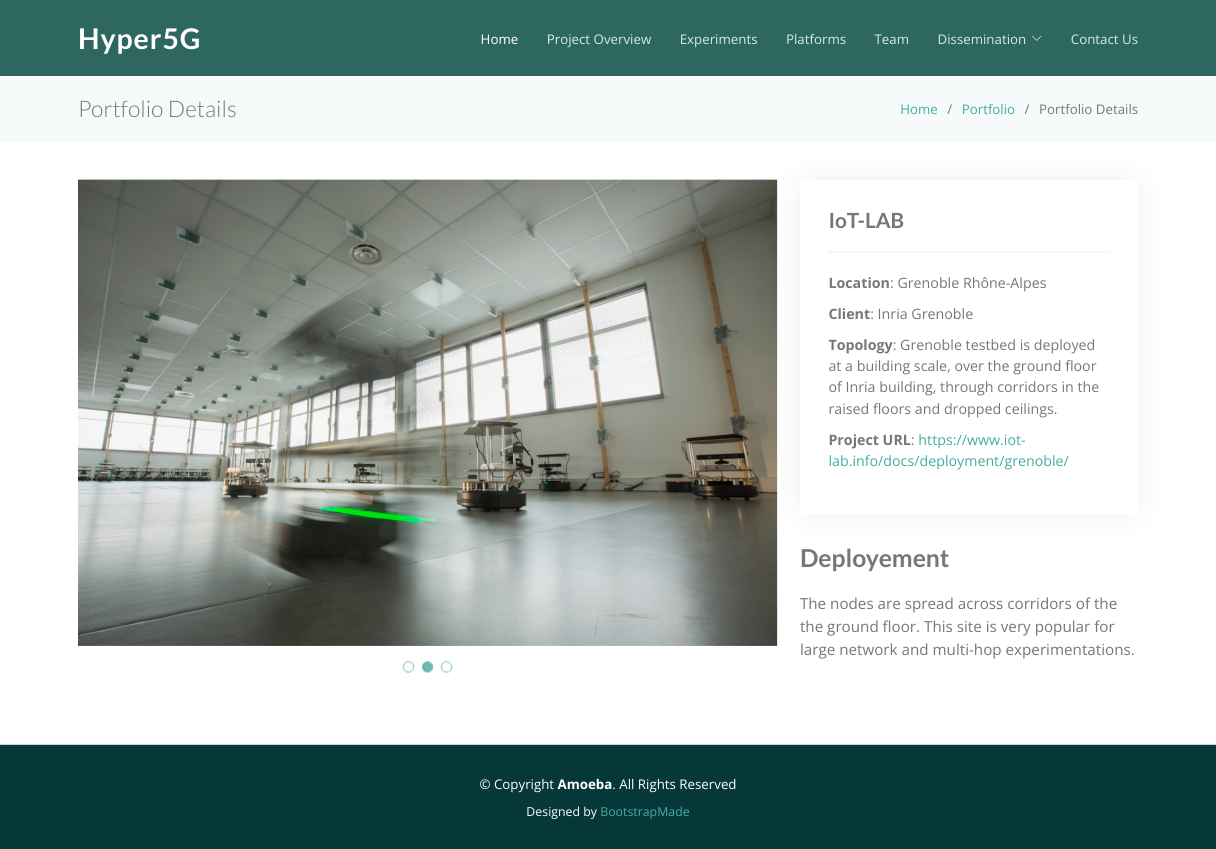
Repository: hakiri/Hyper5G
Page: portfolio-details.html
An editor plug-in stored every save of this project. The page is shown before and after the next save, followed by the edit.
The browser window is 1280 px wide. The pictures show the whole page, at 95% of full size.

Above is the page before, as saved 2022-07-23 15:29:51.

### portfolio-details.html
<!DOCTYPE html>
<html lang="en">

<head>
    <meta charset="utf-8">
    <meta content="width=device-width, initial-scale=1.0" name="viewport">

    <title>Hyper5G</title>
    <meta content="" name="description">
    <meta content="" name="keywords">

    <!-- Favicons -->
    <link href="assets/img/favicon.png" rel="icon">
    <link href="assets/img/apple-touch-icon.png" rel="apple-touch-icon">

    <!-- Google Fonts -->
    <link href="https://fonts.googleapis.com/css?family=Open+Sans:300,300i,400,400i,600,600i,700,700i|Lato:400,300,700,900" rel="stylesheet">

    <!-- Vendor CSS Files -->
    <link href="assets/vendor/bootstrap/css/bootstrap.min.css" rel="stylesheet">
    <link href="assets/vendor/bootstrap-icons/bootstrap-icons.css" rel="stylesheet">
    <link href="assets/vendor/glightbox/css/glightbox.min.css" rel="stylesheet">
    <link href="assets/vendor/swiper/swiper-bundle.min.css" rel="stylesheet">

    <!-- Template Main CSS File -->
    <link href="assets/css/style.css" rel="stylesheet">

    <!-- =======================================================
  * Template Name: Amoeba - v4.7.0
  * Template URL: https://bootstrapmade.com/free-one-page-bootstrap-template-amoeba/
  * Author: BootstrapMade.com
  * License: https://bootstrapmade.com/license/
  ======================================================== -->
</head>

<body>

    <!-- ======= Header ======= -->
    <header id="header" class="fixed-top d-flex align-items-center">
        <div class="container d-flex align-items-center">

            <div class="logo me-auto">
                <h1><a href="index.html">Hyper5G</a></h1>
                <!-- Uncomment below if you prefer to use an image logo -->
                <!-- <a href="index.html"><img src="assets/img/logo.png" alt="" class="img-fluid"></a>-->
            </div>

            <nav id="navbar" class="navbar">
                <ul>
                    <li><a class="nav-link scrollto active" href="#hero">Home</a></li>
                    <li><a class="nav-link scrollto" href="#about">Project Overview</a></li>
                    <li><a class="nav-link scrollto" href="#services">Experiments</a></li>
                    <li><a class="nav-link scrollto" href="#portfolio">Platforms</a></li>
                    <li><a class="nav-link scrollto" href="#team">Team</a></li>
                    <li class="dropdown"><a href="#"><span>Dissemination</span> <i class="bi bi-chevron-down"></i></a>
                        <ul>
                            <li><a href="#">Delivrables</a></li>
                            <!-- <li class="dropdown"><a href="#"><span>Deep Drop Down</span> <i class="bi bi-chevron-right"></i></a>
                                <ul>
                                    <li><a href="#">Deep Drop Down 1</a></li>
                                    <li><a href="#">Deep Drop Down 2</a></li>
                                    <li><a href="#">Deep Drop Down 3</a></li>
                                    <li><a href="#">Deep Drop Down 4</a></li>
                                    <li><a href="#">Deep Drop Down 5</a></li>
                                </ul>
                            </li> -->
                            <li><a href="#">Publications</a></li>
                            <li><a href="#">Multimedia</a></li>
                            <li><a href="#">Outreach</a></li>
                        </ul>
                    </li>
                    <li><a class="nav-link scrollto" href="#contact">Contact Us</a></li>
                </ul>
                <i class="bi bi-list mobile-nav-toggle"></i>
            </nav>
            <!-- .navbar -->

        </div>
    </header>
    <!-- End #header -->

    <main id="main">

        <!-- ======= Breadcrumbs ======= -->
        <section class="breadcrumbs">
            <div class="container">

                <div class="d-flex justify-content-between align-items-center">
                    <h2>Portfolio Details</h2>
                    <ol>
                        <li><a href="index.html">Home</a></li>
                        <li><a href="portfolio.html">Portfolio</a></li>
                        <li>Portfolio Details</li>
                    </ol>
                </div>

            </div>
        </section>
        <!-- Breadcrumbs -->

        <!-- ======= Portfolio Details Section ======= -->
        <section id="portfolio-details" class="portfolio-details">
            <div class="container">

                <div class="row gy-4">

                    <div class="col-lg-8">
                        <div class="portfolio-details-slider swiper">
                            <div class="swiper-wrapper align-items-center">

                                <div class="swiper-slide">
                                    <img src="assets/img/portfolio/fit-Grenoble.jpg" alt="">
                                </div>

                                <div class="swiper-slide">
                                    <img src="assets/img/portfolio/fit-lille-3.jpg" alt="">
                                </div>

                                <div class="swiper-slide">
                                    <img src="assets/img/portfolio/fit-rob-strasb.jpg" alt="">
                                </div>

                            </div>
                            <div class="swiper-pagination"></div>
                        </div>
                    </div>

                    <div class="col-lg-4">
                        <div class="portfolio-info">
                            <h3>IoT-LAB</h3>
                            <ul>
                                <li><strong>Location</strong>: Grenoble Rhône-Alpes</li>
                                <li><strong>Client</strong>: Inria Grenoble</li>
                                <li><strong>Topology</strong>: Grenoble testbed is deployed at a building scale, over the ground floor of Inria building, through corridors in the raised floors and dropped ceilings.
                                </li>
                                <li><strong>Project URL</strong>: <a href="#">https://www.iot-lab.info/docs/deployment/grenoble/</a></li>
                            </ul>
                        </div>
                        <div class="portfolio-description">
                            <h2>Deployement </h2>
                            <p>
                                The nodes are spread across corridors of the the ground floor. This site is very popular for large network and multi-hop experimentations.

                            </p>
                        </div>
                    </div>

                </div>

            </div>
        </section>
        <!-- End Portfolio Details Section -->

    </main>
    <!-- End #main -->

    <!-- ======= Footer ======= -->
    <footer id="footer">
        <div class="container">
            <div class="copyright">
                &copy; Copyright <strong><span>Amoeba</span></strong>. All Rights Reserved
            </div>
            <div class="credits">
                <!-- All the links in the footer should remain intact. -->
                <!-- You can delete the links only if you purchased the pro version. -->
                <!-- Licensing information: https://bootstrapmade.com/license/ -->
                <!-- Purchase the pro version with working PHP/AJAX contact form: https://bootstrapmade.com/free-one-page-bootstrap-template-amoeba/ -->
                Designed by <a href="https://bootstrapmade.com/">BootstrapMade</a>
            </div>
        </div>
    </footer>
    <!-- End #footer -->

    <a href="#" class="back-to-top d-flex align-items-center justify-content-center"><i class="bi bi-arrow-up-short"></i></a>

    <!-- Vendor JS Files -->
    <script src="assets/vendor/bootstrap/js/bootstrap.bundle.min.js"></script>
    <script src="assets/vendor/glightbox/js/glightbox.min.js"></script>
    <script src="assets/vendor/isotope-layout/isotope.pkgd.min.js"></script>
    <script src="assets/vendor/swiper/swiper-bundle.min.js"></script>
    <script src="assets/vendor/php-email-form/validate.js"></script>

    <!-- Template Main JS File -->
    <script src="assets/js/main.js"></script>

</body>

</html>

Loaded but not shown: assets/vendor/bootstrap/css/bootstrap.min.css (library); assets/vendor/bootstrap-icons/bootstrap-icons.css (library); assets/vendor/glightbox/css/glightbox.min.css (library); assets/vendor/swiper/swiper-bundle.min.css (library); assets/vendor/bootstrap/js/bootstrap.bundle.min.js (library); assets/vendor/glightbox/js/glightbox.min.js (library); assets/vendor/isotope-layout/isotope.pkgd.min.js (library); assets/vendor/swiper/swiper-bundle.min.js (library); assets/vendor/php-email-form/validate.js (common file); assets/js/main.js (212 lines, source omitted); assets/css/style.css (906 lines, source omitted)

After the next save:
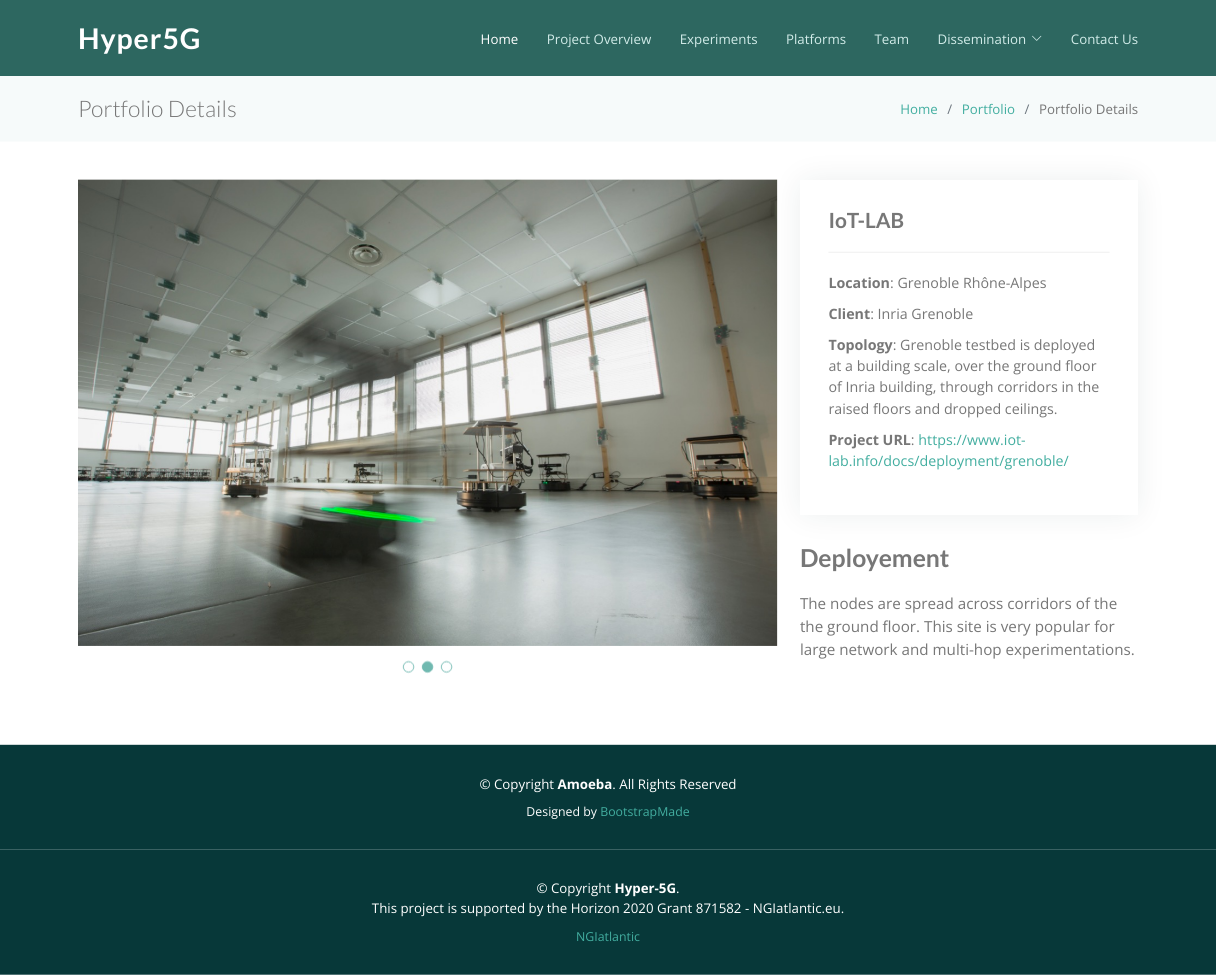
Saved 52 s later.
--- a/portfolio-details.html
+++ b/portfolio-details.html
@@ -170,6 +170,22 @@
         </div>
     </footer>
     <!-- End #footer -->
+    <!-- ======= Footer ======= -->
+    <footer id="footer">
+        <div class="container">
+            <div class="copyright">
+                &copy; Copyright <strong><span>Hyper-5G</span></strong>.
+                <br> This project is supported by the Horizon 2020 Grant 871582 - NGIatlantic.eu. </div>
+            <div class="credits">
+                <!-- All the links in the footer should remain intact. -->
+                <!-- You can delete the links only if you purchased the pro version. -->
+                <!-- Licensing information: https://bootstrapmade.com/license/ -->
+                <!-- Purchase the pro version with working PHP/AJAX contact form: https://bootstrapmade.com/free-one-page-bootstrap-template-amoeba/ -->
+                <a href="https://NGIatlantic.eu/">NGIatlantic</a>
+            </div>
+        </div>
+    </footer>
+    <!-- End #footer -->
 
     <a href="#" class="back-to-top d-flex align-items-center justify-content-center"><i class="bi bi-arrow-up-short"></i></a>
 
